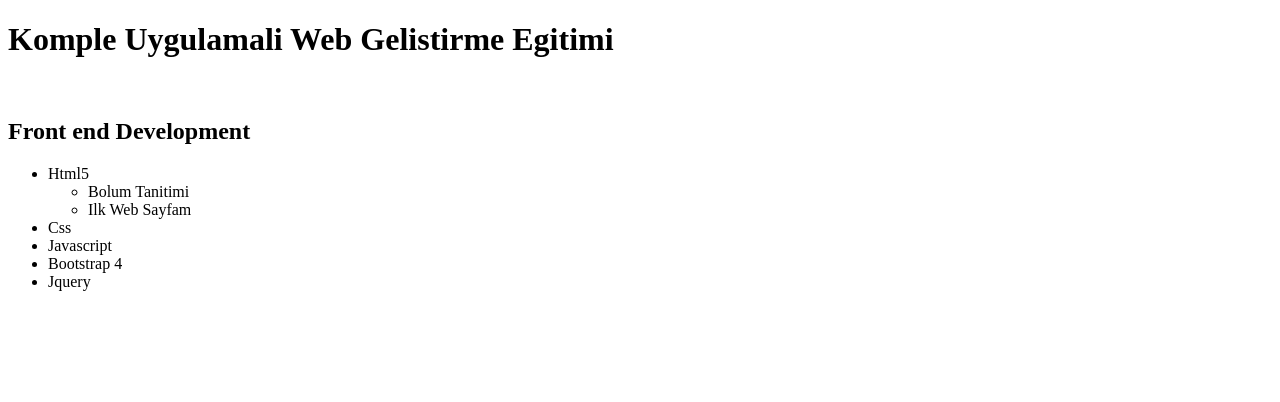
Repository: sammkrt/git101
Page: html-css-TrainingMyself/index.html
An editor plug-in stored every save of this project. The page is shown before and after the next save, followed by the edit.
The browser window is 1280 px wide. The pictures show the whole page.

Above is the page before, as saved 2022-12-22 11:24:29.

### html-css-TrainingMyself/index.html
<!DOCTYPE html>
<html lang="en">
<head>
    <meta charset="UTF-8">
    <meta http-equiv="X-UA-Compatible" content="IE=edge">
    <meta name="viewport" content="width=device-width, initial-scale=1.0">
    <title>Document</title>
</head>
<body>
<h1>Komple Uygulamali Web Gelistirme Egitimi</h1><br>
<h2>Front end Development</h2>
<ul>
    <li>Html5</li>
        <ul>
            <li>Bolum Tanitimi</li>
            <li>Ilk Web Sayfam</li>
        </ul>
    <li>Css</li>
    <li>Javascript</li>
    <li>Bootstrap 4</li>
    <li>Jquery</li>
</ul>




</body>
</html>

After the next save:
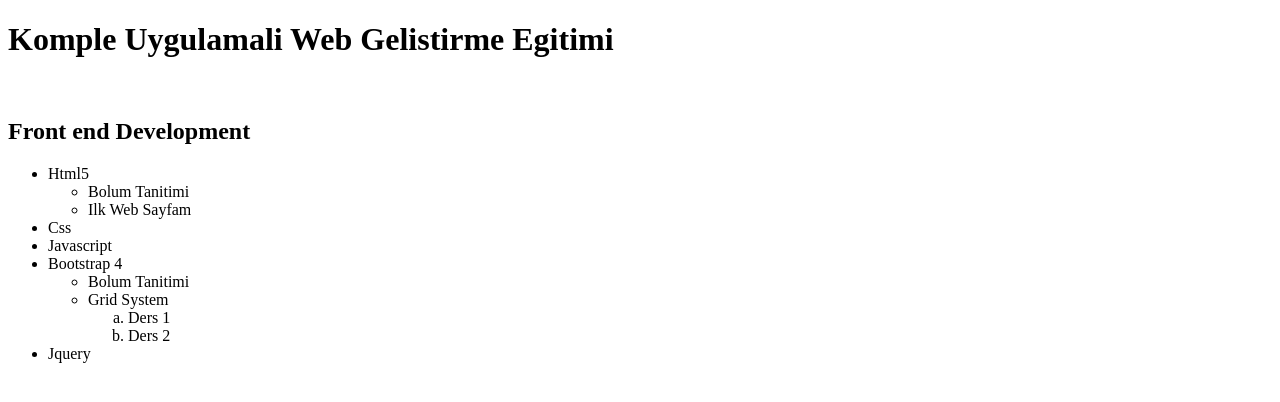
Saved 2 min 6 s later.
--- a/html-css-TrainingMyself/index.html
+++ b/html-css-TrainingMyself/index.html
@@ -18,6 +18,14 @@
     <li>Css</li>
     <li>Javascript</li>
     <li>Bootstrap 4</li>
+        <ul>
+            <li>Bolum Tanitimi</li>
+            <li>Grid System</li>
+            <ol type="a">
+                <li>Ders 1</li>
+                <li>Ders 2</li>
+            </ol>
+        </ul>
     <li>Jquery</li>
 </ul>
 
